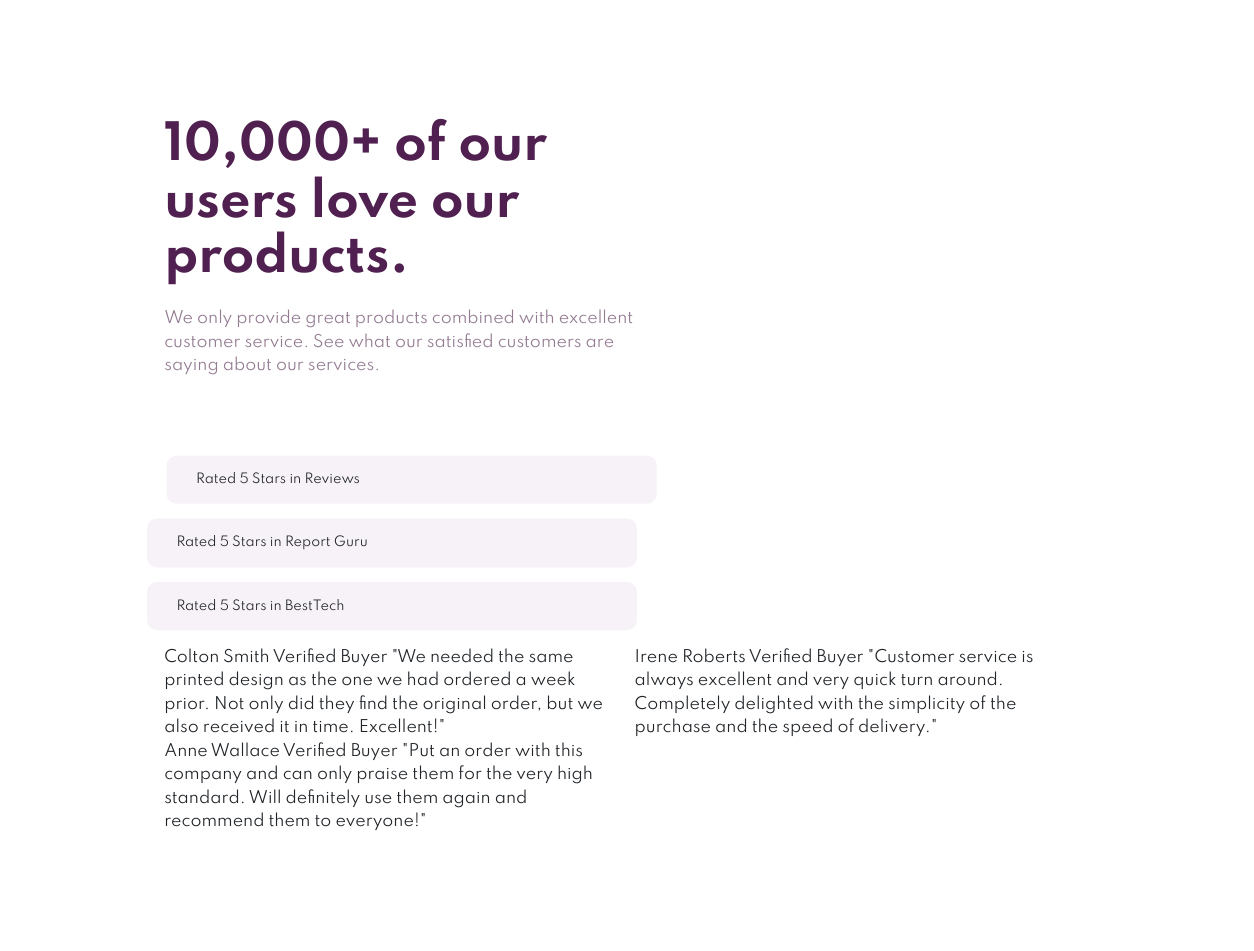
Repository: metehankasapp/social-proof-section-master
Page: index.html
An editor plug-in stored every save of this project. The page is shown before and after the next save, followed by the edit.
The browser window is 1280 px wide. The pictures show the whole page, at 98% of full size.
Some web libraries are served in a nearby version.

Above is the page before, as saved 2021-12-05 08:04:32.

### index.html
<!DOCTYPE html>
<html lang="en">

<head>
  <meta charset="UTF-8" />
  <meta name="viewport" content="width=device-width, initial-scale=1.0" />


  <title>Frontend Mentor | Social proof section</title>
  <link rel="preconnect" href="https://fonts.googleapis.com">
<link rel="preconnect" href="https://fonts.gstatic.com" crossorigin>
<link href="https://fonts.googleapis.com/css2?family=Spartan:wght@100;200;300;400;500;600;700;800;900&display=swap" rel="stylesheet">
  <link href="https://cdn.jsdelivr.net/npm/bootstrap@5.1.3/dist/css/bootstrap.min.css" rel="stylesheet"
    integrity="sha384-1BmE4kWBq78iYhFldvKuhfTAU6auU8tT94WrHftjDbrCEXSU1oBoqyl2QvZ6jIW3" crossorigin="anonymous">
  <link rel="stylesheet" href="style.css">
</head>

<body>
  <div class="main-ctr">
    <div class="w-100 row p-0 m-0">
      <div class="col-12 col-lg-6 header-area">
        <div class="header-purple">
          <h5>10,000+ of our users love our products.</h5>
        </div>

        <p class="m-0 header-text">
          We only provide great products combined with excellent customer service.
          See what our satisfied customers are saying about our services.
        </p>
      </div>

      <div class="col-12 col-lg-6 d-flex justify-conten-baseline align-items-center flex-column">
        <div class="rate-container">
          Rated 5 Stars in Reviews
        </div>
        <div class="rate-container">
          Rated 5 Stars in Report Guru
        </div>
        <div class="rate-container">
          Rated 5 Stars in BestTech
        </div>
      </div>
    </div>

    <div class="w-100 row m-0 p-0 ">
      <div class="card-item col-12 col-lg-6">
        Colton Smith
        Verified Buyer
        "We needed the same printed design as the one we had ordered a week prior.
        Not only did they find the original order, but we also received it in time.
        Excellent!"
      </div>
      <div class="card-item col-12 col-lg-6">

        Irene Roberts
        Verified Buyer
        "Customer service is always excellent and very quick turn around. Completely
        delighted with the simplicity of the purchase and the speed of delivery."
      </div>
      <div class="card-item col-12 col-lg-6">

        Anne Wallace
        Verified Buyer
        "Put an order with this company and can only praise them for the very high
        standard. Will definitely use them again and recommend them to everyone!"
      </div>
    </div>
  </div>

  <script src="https://cdn.jsdelivr.net/npm/bootstrap@5.1.3/dist/js/bootstrap.bundle.min.js"
    integrity="sha384-ka7Sk0Gln4gmtz2MlQnikT1wXgYsOg+OMhuP+IlRH9sENBO0LRn5q+8nbTov4+1p" crossorigin="anonymous">
  </script>
  <script src="https://cdn.jsdelivr.net/npm/@popperjs/core@2.10.2/dist/umd/popper.min.js"
    integrity="sha384-7+zCNj/IqJ95wo16oMtfsKbZ9ccEh31eOz1HGyDuCQ6wgnyJNSYdrPa03rtR1zdB" crossorigin="anonymous">
  </script>
  <script src="https://cdn.jsdelivr.net/npm/bootstrap@5.1.3/dist/js/bootstrap.min.js"
    integrity="sha384-QJHtvGhmr9XOIpI6YVutG+2QOK9T+ZnN4kzFN1RtK3zEFEIsxhlmWl5/YESvpZ13" crossorigin="anonymous">
  </script>
</body>

</html>

### style.css
*{
    margin: 0;
    padding: 0;
    box-sizing: border-box;
}


html{
    font-size: 10px;
}

body{
    height: 100vh;
    font-size: 1.6rem;
    font-family: 'Spartan', sans-serif;
}

.main-ctr{
    padding: 12rem 16rem;
}

.header-area{
    width: 500px;
    margin-bottom: 8rem;
}
.header-purple h5{
    font-weight: 700;
    font-size: 48px;
    color: hsl(300, 43%, 22%);
    margin-bottom: 2rem;
}

.header-text{

    font-size: 16px;
    color: hsl(303, 10%, 53%);
}

.rate-container{
    padding: 1.5rem 3rem;
    background-color: hsl(300, 24%, 96%);
    font-size: 13px;
    margin-bottom: 1.5rem;
    border-radius: 10px;
    width: 500px
}

.rate-container:nth-child(1){
    margin-left: 4rem;
}

After the next save:
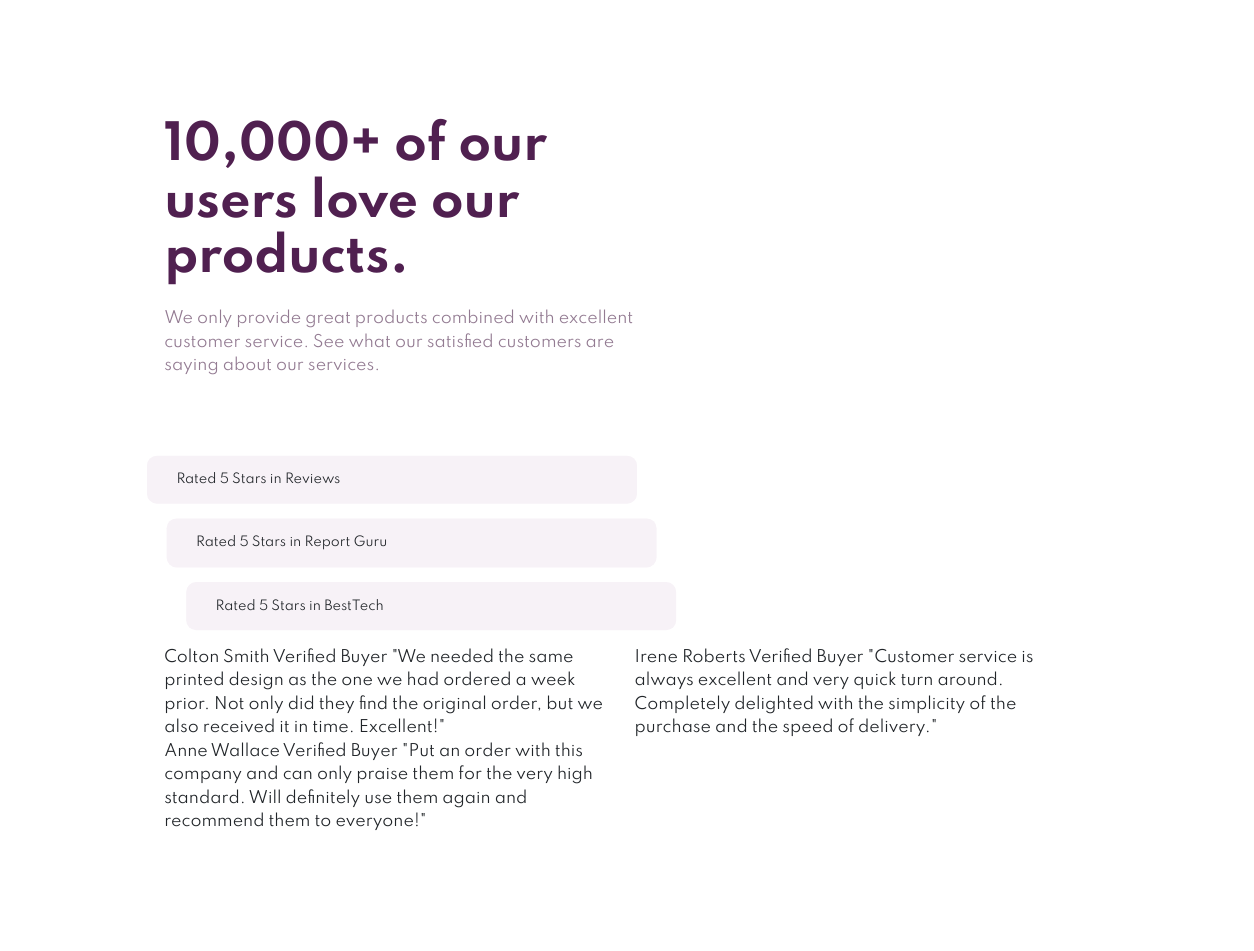
Saved 18 s later.
--- a/style.css
+++ b/style.css
@@ -45,6 +45,9 @@ body{
     width: 500px
 }
 
-.rate-container:nth-child(1){
+.rate-container:nth-child(2){
     margin-left: 4rem;
 }
+.rate-container:nth-child(3){
+    margin-left: 8rem;
+}
